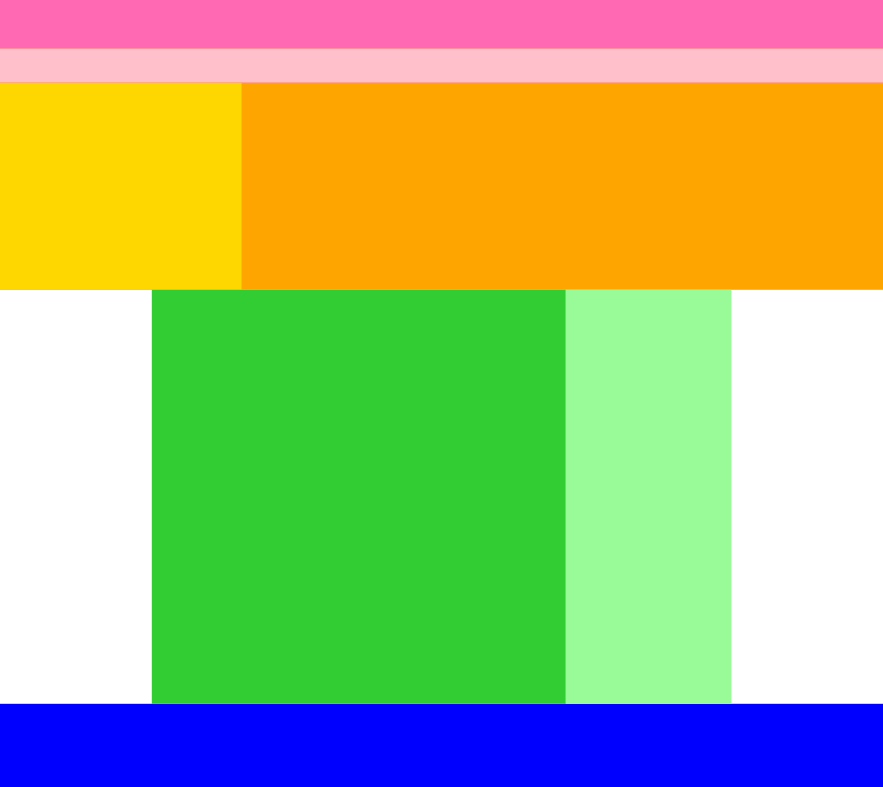
Repository: yuma-2/Ruby
Page: caravan/index.html
The author's editor kept a record of every edit. The page is drawn from the files as they stood at one moment, then again after the next edit.
The browser window is 1280 px wide. The pictures show the whole page, at 69% of full size.

Above is the page before.

### caravan/index.html
<!DOCTYPE html>
<html lang="ja">
  <head>
    <meta charset="UTF-8" />
    <!-- CSSファイルの読み込み -->
    <link rel="stylesheet" href="style.css" />
    <title>CARAVAN</title>
  </head>

  <body>
    <div class="header">
      <div class="header-top"></div>
      <div class="header-bottom"></div>
    </div>

    <div class="main-visual">
      <div class="main-visual-content"></div>
    </div>

    <div class="main">
      <div class="blog"></div>
      <div class="sidebar"></div>
    </div>

    <div class="footer"></div>
  </body>
</html>

### caravan/style.css
* {
  margin: 0;
  padding: 0;
  box-sizing: border-box;
}

.header {
  width: 100%;
  height: 120px;
  background-color: red;
}

.header-top {
  width: 100%;
  height: 70px;
  background-color: hotpink;
}

.header-bottom {
  width: 100%;
  height: 50px;
  background-color: pink;
}

.main-visual {
  width: 100%;
  height: 300px;
  background-color: orange;
}

.main-visual-content {
  width: 350px;
  height: 300px;
  background-color: gold;
}

.main {
  width: 840px;
  display: flex;
  justify-content: center;
  margin: 0 auto;
}

.blog {
  width: 600px;
  height: 600px;
  background-color: limegreen;
}

.sidebar {
  width: 240px;
  height: 600px;
  background-color: palegreen;
}

.footer {
  width: 100%;
  height: 120px;
  background-color: blue;
}

After the next edit:
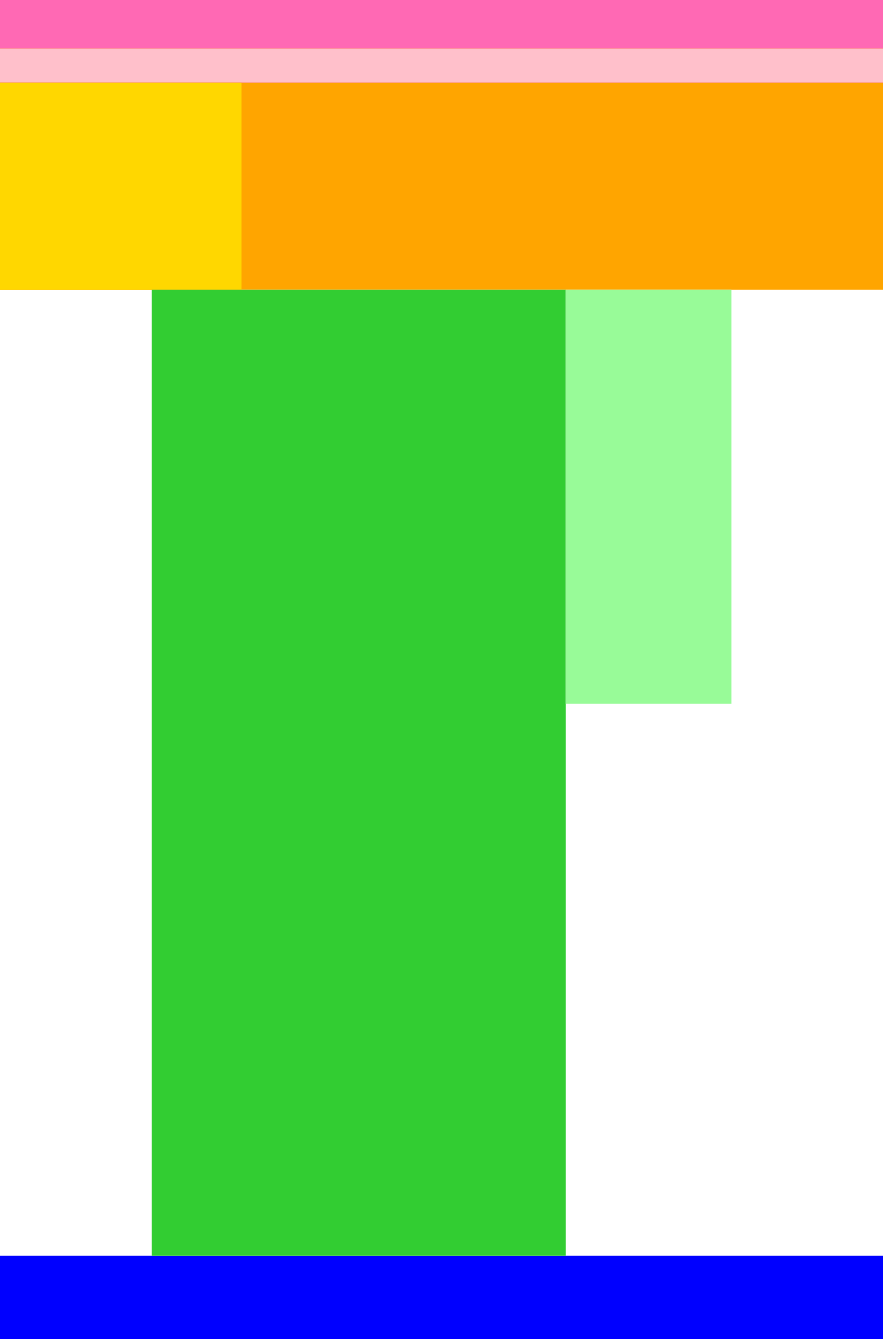
The edit:
--- a/caravan/style.css
+++ b/caravan/style.css
@@ -43,7 +43,7 @@
 
 .blog {
   width: 600px;
-  height: 600px;
+  height: 1400px;
   background-color: limegreen;
 }
 
